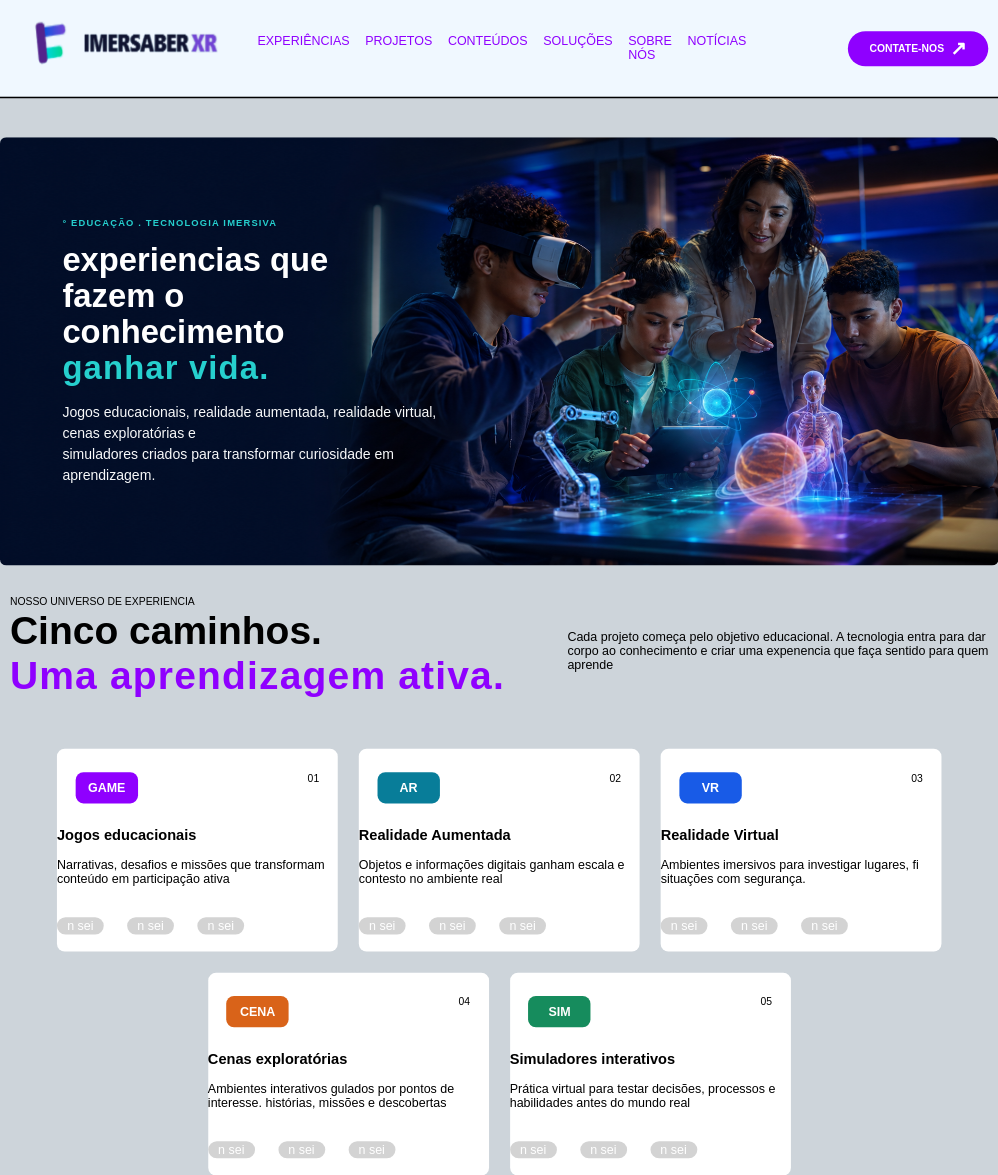
Repository: antonymsantana-design/Avaliacao.Parte.01
Page: html/index.html
The author's editor kept a copy of each file at every save. The page is drawn from the files as they stood at one save, then again after the next save.
The browser window is 1280 px wide. The pictures show the whole page, at 78% of full size.

Above is the page before, as saved 2026-08-29 21:09:48.

### html/index.html
<!DOCTYPE html>
<html lang="pt-br">

<head>
    <meta charset="UTF-8">
    <meta name="viewport" content="width=device-width, initial-scale=1.0">
    <title>avaliação </title>
    <link rel="stylesheet" href="../css/Style.css">
</head>
<header>
    <div class="conteudoH" id="conteudoH">
        <div class="imagem" id="imagem">
            <img src="../images/Design sem nome.png" alt="logo" class="logoIMG" id="logoIMG">
        </div>
        <div class="links" id="links">
            <a href="#">EXPERIÊNCIAS</a>
            <a href="#">PROJETOS</a>
            <a href="#">CONTEÚDOS</a>
            <a href="#">SOLUÇÕES</a>
            <a href="#">SOBRE NÓS</a>
            <a href="#">NOTÍCIAS</a>
        </div>
        <div class="btnDiv" id="btnDiv">
            <button class="btn" id="btn">
                <div class="btnTxt" id="btnTxt">
                    <p>CONTATE-NOS</p>
                </div>
                <div class="emoji" id="emoji">
                    <p>↗</p>
                </div>
            </button>
        </div>
    </div>
</header>

<body>


    <div class="conteudoBanner">
        <img src="../images/hero-banner-imersaber.png" alt="banner">
        <div class="txtBanner" id="txtBanner">
            <span>° EDUCAÇÃO . TECNOLOGIA IMERSIVA</span>
            <h1>experiencias que <br> fazem o <br> conhecimento <br> <span class="spn">ganhar vida. </span></h1>
            <p>Jogos educacionais, realidade aumentada, realidade virtual, cenas exploratórias e<br>
                simuladores criados para transformar curiosidade em aprendizagem.</p>
        </div>
    </div>

    <BR></BR>

    <div class="titulo" id="titulo">
        <div class="eTitulo">
            <small>NOSSO UNIVERSO DE EXPERIENCIA</small>
            <h1 class="eH1">Cinco caminhos. <br>
                <span>Uma aprendizagem ativa.</span>
            </h1>
        </div>
        <div class="dTitulo">
            <p>Cada projeto começa pelo objetivo educacional. A tecnologia entra para dar <br> corpo ao conhecimento e
                criar uma expenencia que faça sentido para quem <br> aprende</p>
        </div>
    </div>

    <div class="cards">

        <div class="card1">
            <div class="cima">
                <p class="crd1">GAME</p>
                <small>01</small>
            </div>
            <div class="meio">
                <h3>
                    Jogos educacionais
                </h3> <br>
                <p>Narrativas, desafios e missões que transformam conteúdo em participação ativa</p>
            </div>
            <div class="baixo">
                <!-- não consegui ler oque estava escrito nessa parte  -->
                <p> n sei</p>
                <p> n sei</p>
                <p> n sei</p>
            </div>
        </div>

        <div class="card1">
            <div class="cima">
                <p class="crd2">AR</p>
                <small>02</small>
            </div>
            <div class="meio">
                <h3>
                    Realidade Aumentada
                </h3> <br>
                <p>Objetos e informações digitais ganham escala e contesto no
ambiente real</p>
            </div>
            <div class="baixo">
                <p> n sei</p>
                <p> n sei</p>
                <p> n sei</p>
            </div>
        </div>

        <div class="card1">
            <div class="cima">
                <p class="crd3">VR</p>
                <small>03</small>
            </div>
            <div class="meio">
                <h3>
                    Realidade Virtual
                </h3> <br>
                <p>Ambientes imersivos para investigar lugares, fi situações com segurança.</p>
            </div>
            <div class="baixo">
                <p> n sei</p>
                <p> n sei</p>
                <p> n sei</p>
            </div>
        </div>

        <div class="card1">
            <div class="cima">
                <p class="crd4">CENA</p>
                <small>04</small>
            </div>
            <div class="meio">
                <h3>
                    Cenas exploratórias
                </h3> <br>
                <p>Ambientes interativos gulados por pontos de interesse. histórias, missões e descobertas</p>
            </div>
            <div class="baixo">
                <p> n sei</p>
                <p> n sei</p>
                <p> n sei</p>
            </div>
        </div>

        <div class="card1">
            <div class="cima">
                <p class="crd5">SIM</p>
                <small>05</small>
            </div>
            <div class="meio">
                <h3>
                    Simuladores interativos
                </h3> <br>
                <p>Prática virtual para testar decisões, processos e habilidades antes do mundo real</p>
            </div>
            <div class="baixo">
                <p> n sei</p>
                <p> n sei</p>
                <p> n sei</p>
            </div>
        </div>

    </div>

</body>

</html>

### css/Style.css
* {
    padding: 0px;
    margin: 0px;
    font-family: Arial, Helvetica, sans-serif;
}

body{
    background-color: rgb(205, 212, 218);
}

header {
    background-color: aliceblue;
    border-bottom: 2px solid black;
}

.conteudo {
    margin-top: 5px;
}

.conteudoH {
    display: flex;
    justify-content: space-between;
    padding-right: 100px;
    align-items: center;
}

a {
    text-decoration: none;
    color: #8f00ff;
}

.logoIMG {
    width: 330px;
    height: 120px;
}

.links {
    display: flex;
    gap: 20px;
    justify-content: center;
    padding-right: 130px;
}

.btn {
    display: flex;
    justify-content: center;
    width: 180px;
    height: 45px;
    background-color: #8F00FF;
    font-weight: 800;
    border: none;
    border-radius: 25px;
    color: white;
    align-items: center;
    gap: 8px;
}

.emoji {
    font-size: 25px;
}

/*parte banner*/

.txtBanner p {
    margin: 0;
    font-size: 18px;
    color: #f8f9fa;
}

.conteudoBanner {
    position: relative;
    width: 100%;
    margin: 50px auto 0;
}

.conteudoBanner img {
    width: 100%;
    height: auto;
    display: block;
    border-radius: 8px;
}

.txtBanner {
    position: absolute;
    top: 50%;
    left: 80px;
    color: white;
    transform: translateY(-50%);
    max-width: 500px;
    font-family: sans-serif;
}

span {
    font-size: 12px;
    letter-spacing: 1.5px;
    font-weight: bold;
    color: #26d0ce;
    display: block;
    margin-bottom: 15px;
}

.txtBanner h1 {
    font-size: 42px;
    font-weight: 800;
    line-height: 1.1;
    margin: 0 0 20px 0;
}

.spn {
        font-size: 42px;
    color: #26d0ce;
}

.txtBanner {
    font-size: 14px;
    line-height: 1.5;
}

/*parte 3*/

.titulo{
    display: flex;
    justify-content: center;
    gap: 80px;
    margin-bottom: 50px;
}

.dTitulo{
    display: flex;
    justify-content: center;
    align-items: center;
}

.eH1{
    font-size: 50px;
}

.eH1 span{
    color: #8F00FF;
   font-size: 50px;
}

.card1{
    padding-top: 30px;
    width: 360px;
    height: 230px;
    background-color: white;
    border-radius: 10px;
}

.cima{
    display: flex;
    justify-content: space-around;
    gap: 170px;
    margin-bottom: 30px;
}

.cima p{
    color: white;
    width: 80px;
    height: 40px;
    border-radius: 10px;
    display: flex;
    justify-content: center;
    align-items: center;
    font-weight: bold;
}

.baixo{
    display: flex;
    justify-content: left;
    align-items: center;
    gap: 30px;
    color: white;
}

.meio{
    margin-bottom: 40px;
}

.baixo p{
    background-color: lightgrey;
    width: 60px;
    height: 22px;
    border-radius: 15px;
     display: flex;
    justify-content: center;
    align-items: center;
}

.cards{
    display: flex;
    justify-content: center;
    gap: 27px;
    flex-wrap: wrap;
}

.crd1{
    background-color: #8F00FF;
}

.crd2{
    background-color: #087D99;
}

.crd3{
    background-color: #185BE7;
}

.crd4{
    background-color: #D96319;
}

.crd5{
    background-color: #168C5D;
}

After the next save:
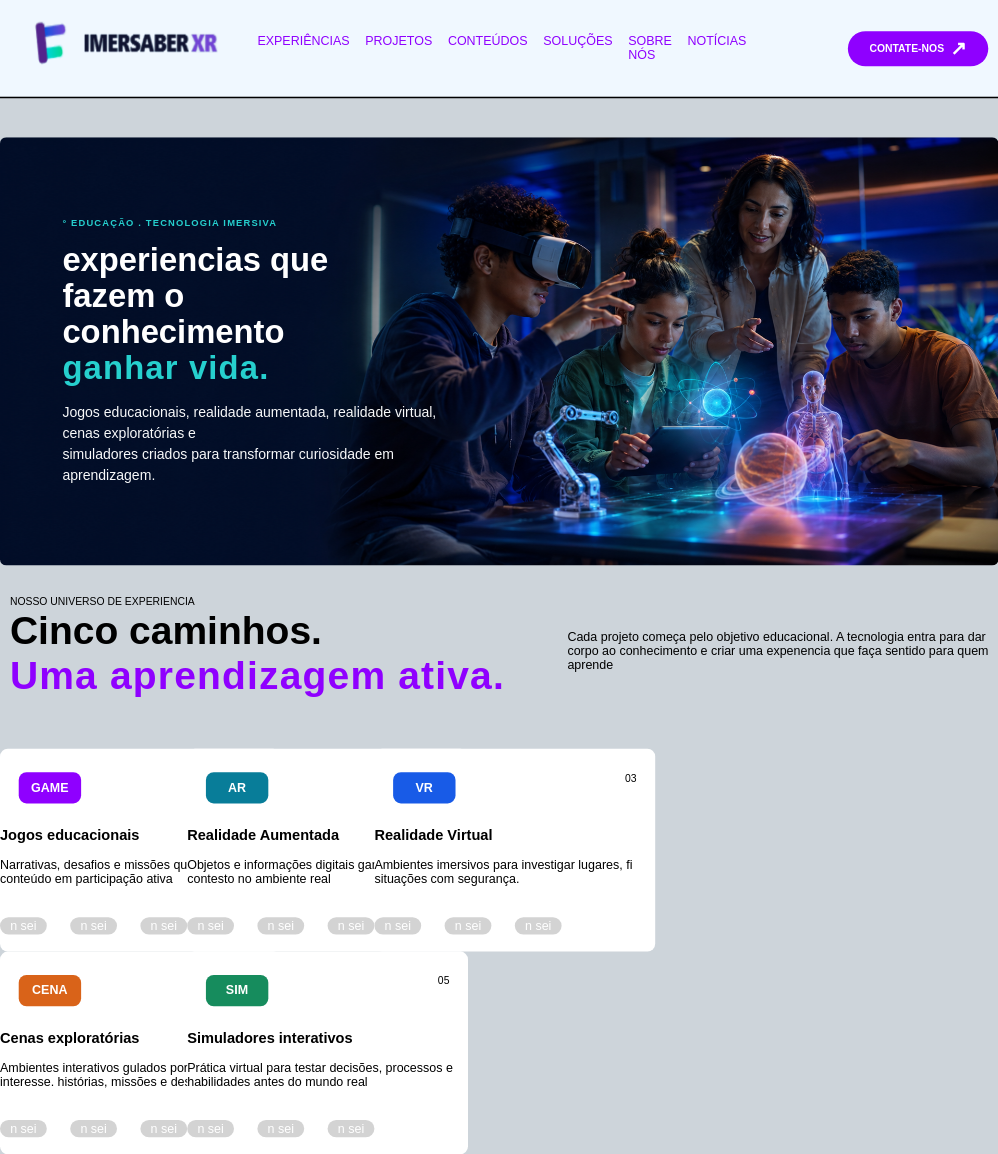
Saved 3 min 12 s later.
--- a/css/Style.css
+++ b/css/Style.css
@@ -189,10 +189,8 @@ span {
 }
 
 .cards{
-    display: flex;
-    justify-content: center;
-    gap: 27px;
-    flex-wrap: wrap;
+  display: grid;
+    grid-template-columns: repeat(3, 240px);
 }
 
 .crd1{
